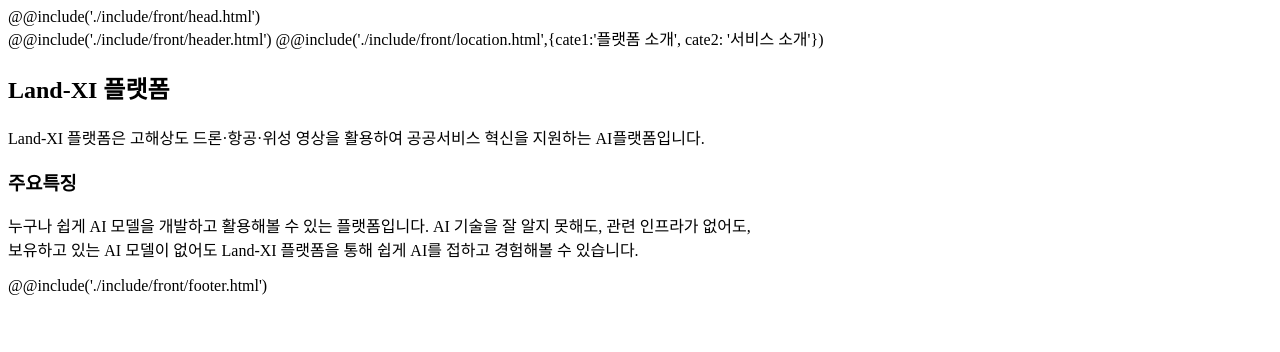
Repository: richosj/landxi
Page: workspace/html/01-01-플랫폼소개-서비스개요-플랫폼소개.html
The author's editor kept a copy of each file at every save. The page is drawn from the files as they stood at one save, then again after the next save.
The browser window is 1280 px wide. The pictures show the whole page.

Above is the page before, as saved 2024-07-04 10:42:42.

After the next save:
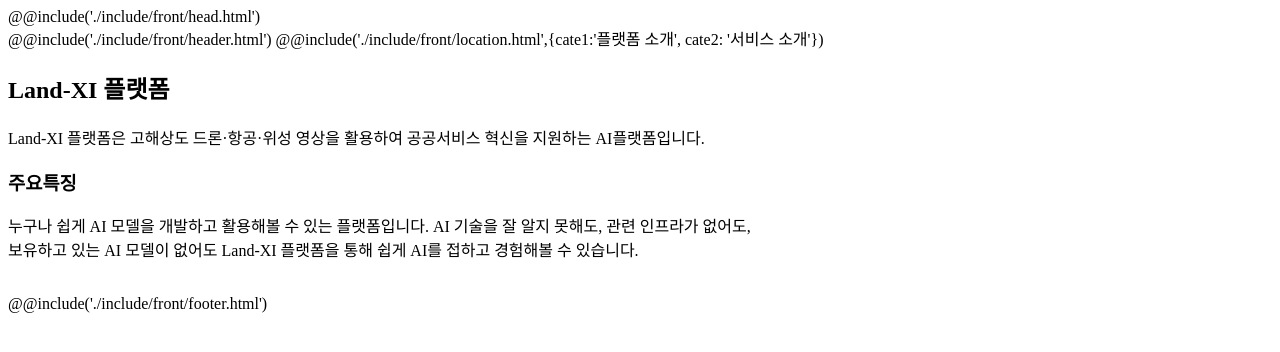
Not found: workspace/html/common/images/plat/txt-group.png
Saved 13 min 14 s later.
--- a/workspace/html/01-01-플랫폼소개-서비스개요-플랫폼소개.html
+++ b/workspace/html/01-01-플랫폼소개-서비스개요-플랫폼소개.html
@@ -31,7 +31,7 @@
 
         <div class="plat__service--logic">
           <div class="lay-wrap">
-
+            <img src="./common/images/plat/txt-group.png" alt="">
           </div>
         </div>
 
